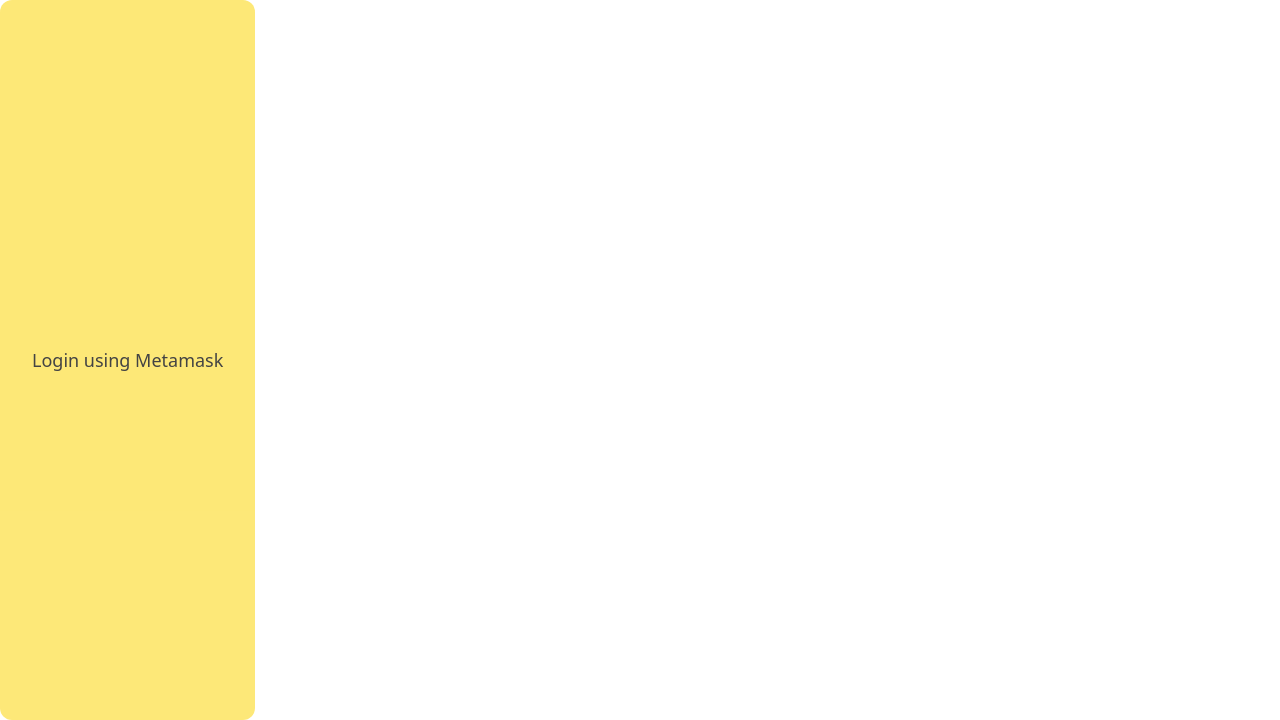
Repository: KSGit47/nft-minter-yt
Page: /
These files come from the project's save history. The page is drawn as it stood at one moment and after the next save; the edit follows.
The browser window is 1280 px wide. The pictures show the whole page.
The project was rebuilt for these pictures with package versions that can differ from the ones it lists, and the page was loaded fresh each time. The framework's server and built-in components were replaced by stand-ins that run in the browser. Also part of the build but not shown: next.config.js.

Above is the page before, as saved 2022-07-19 19:45:33.

### pages/index.js

import Head from 'next/head'

export default function Home(){
  return (
    <div className="flex w-screen h-screen items-">
      <Head>
        <title>Create Minter</title>
        <link rel="icon" href="/favicon.ico" />
      </Head>
<button className='bg-yellow-300 px-8 py-5 rounded-xl text-lg animate-pulse'>Login using Metamask</button>
    </div>
  )
}

Loaded but not shown: pages/_app.js (common file); styles/globals.css (common file); tailwind.config.js (common file)

After the next save:
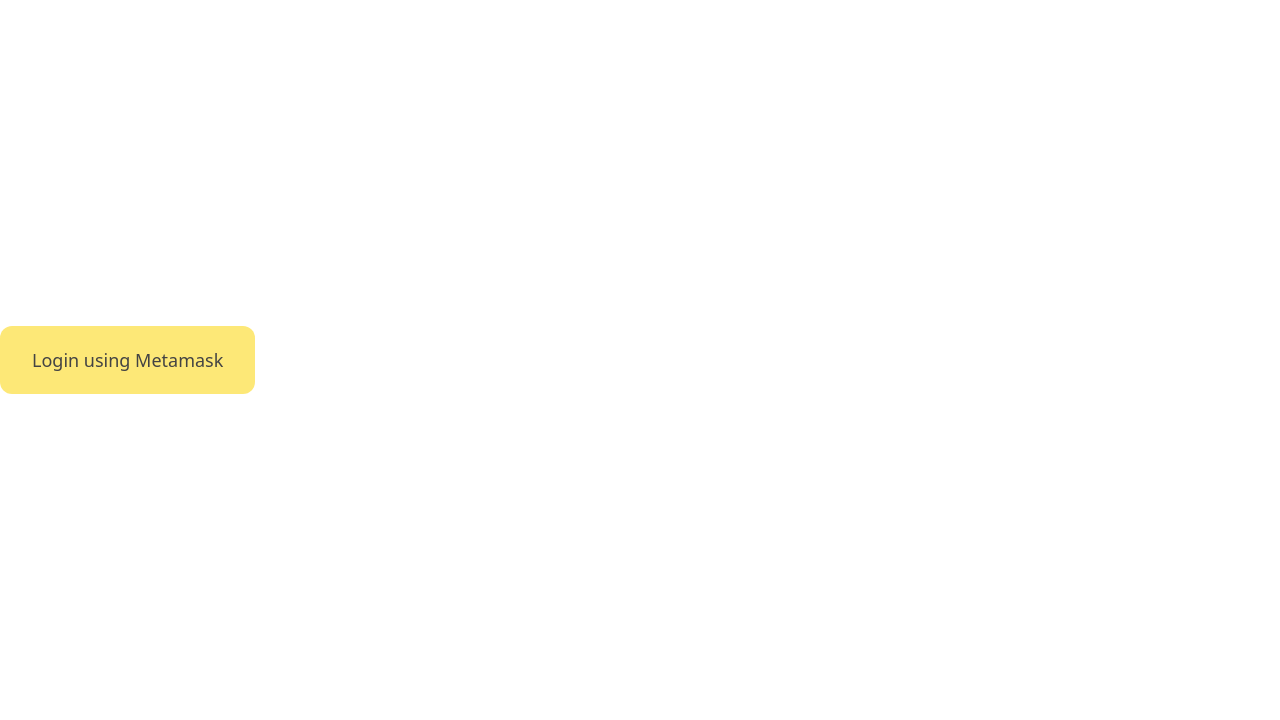
Saved 4 s later.
--- a/pages/index.js
+++ b/pages/index.js
@@ -3,7 +3,7 @@
 
 export default function Home(){
   return (
-    <div className="flex w-screen h-screen items-">
+    <div className="flex w-screen h-screen items-center ">
       <Head>
         <title>Create Minter</title>
         <link rel="icon" href="/favicon.ico" />
